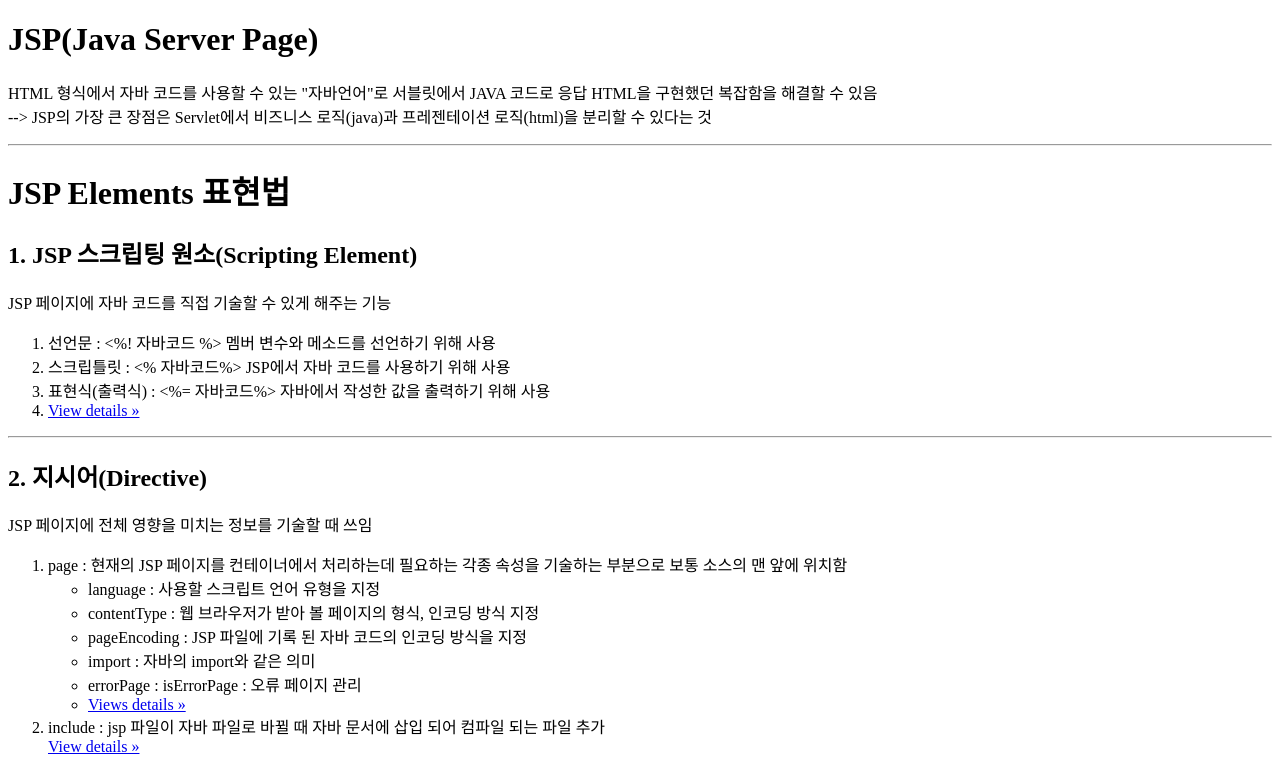
Repository: chuhj1226/servlet
Page: workspace/2_JSP/WebContent/index.html
The author's editor kept a copy of each file at every save. The page is drawn from the files as they stood at one save, then again after the next save.
The browser window is 1280 px wide. The pictures show the whole page.

Above is the page before, as saved 2021-10-05 10:08:20.

After the next save:
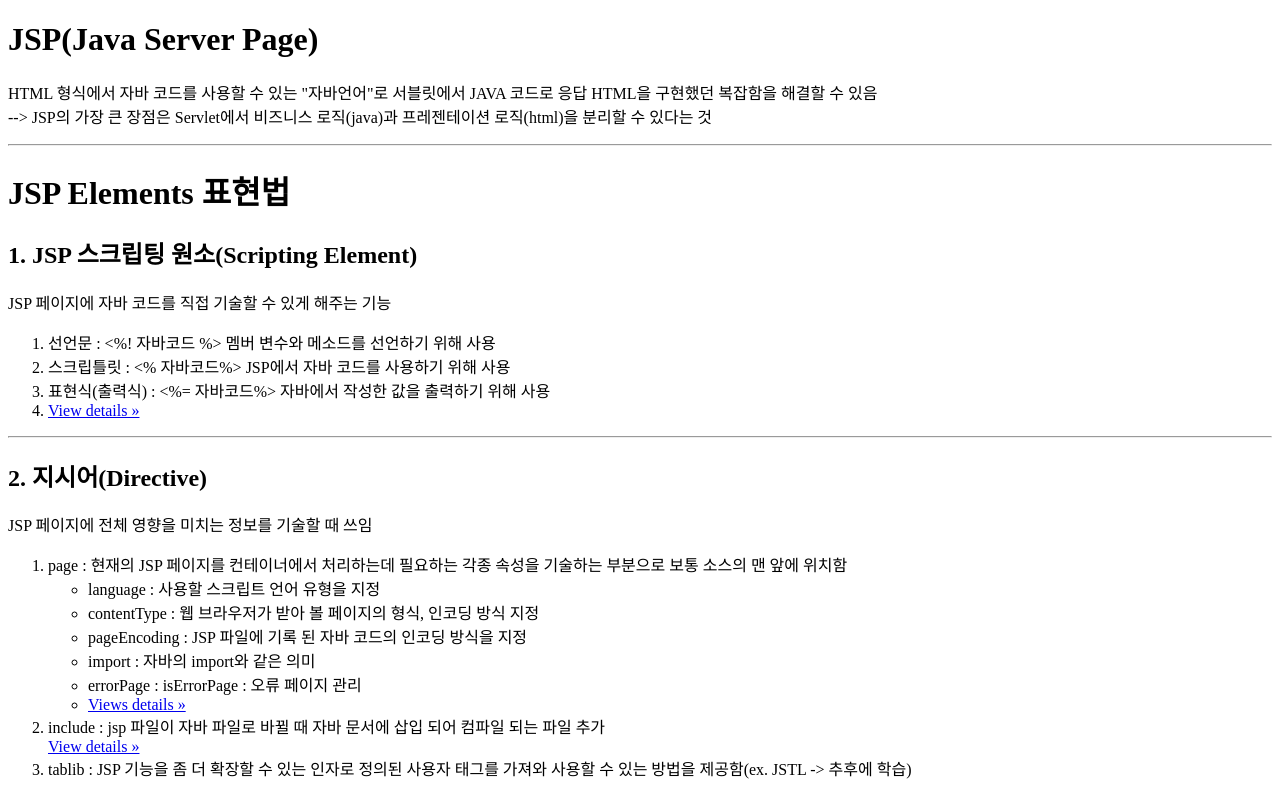
Saved 3 min 47 s later.
--- a/workspace/2_JSP/WebContent/index.html
+++ b/workspace/2_JSP/WebContent/index.html
@@ -53,6 +53,10 @@
 					include : jsp 파일이 자바 파일로 바뀔 때 자바 문서에 삽입 되어 컴파일 되는 파일 추가<br>
 					<a href="views/03_directiveInclude.jsp">View details &raquo;</a>
 				</li>
+				<li>
+					tablib : JSP 기능을 좀 더 확장할 수 있는 인자로 정의된 사용자 태그를 가져와 사용할 수 있는
+					방법을 제공함(ex. JSTL -> 추후에 학습)
+				</li>
 		</ol>
 	</body>
 	</html>
